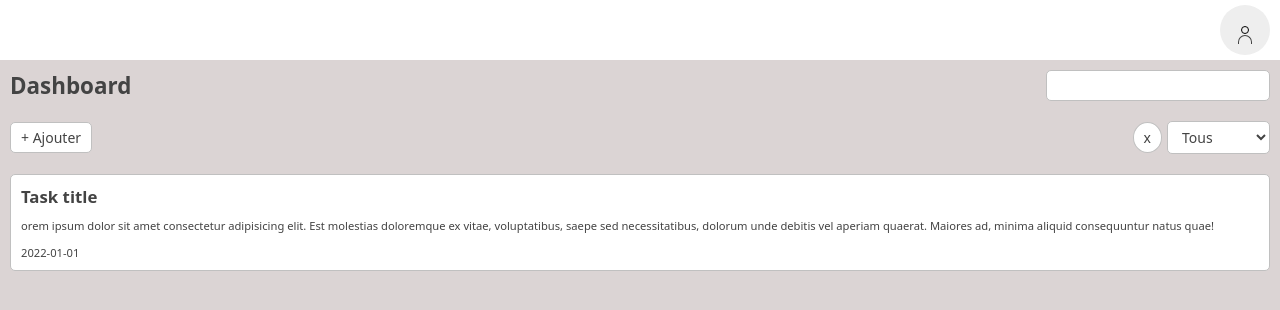
Repository: zpaulange/task_manager
Page: dashboard/index.html
An editor plug-in stored every save of this project. The page is shown before and after the next save, followed by the edit.
The browser window is 1280 px wide. The pictures show the whole page.

Above is the page before, as saved 2025-03-06 15:22:59.

After the next save:
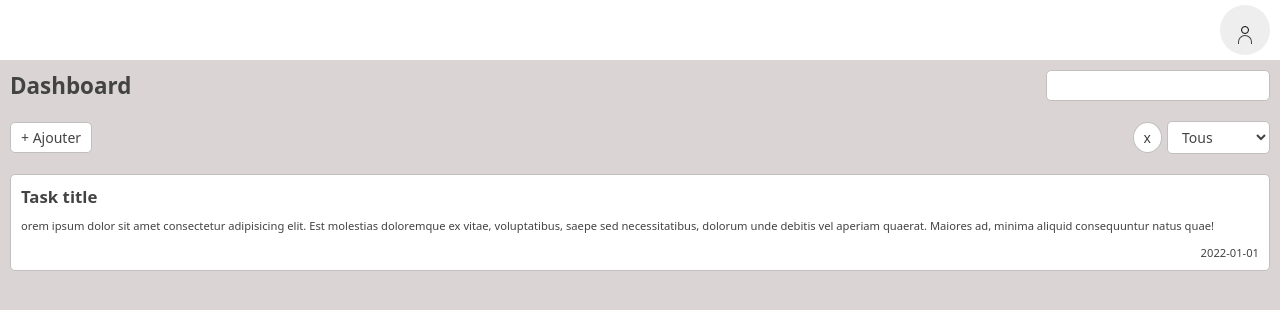
Saved 5 s later.
--- a/assets/styles/dashboard/style.css
+++ b/assets/styles/dashboard/style.css
@@ -172,5 +172,5 @@ input:focus, select:focus{
 }
 .main-task__content-item__date{
   font-size: .8rem;
-  text-align: ;
+  text-align: end;
 }
